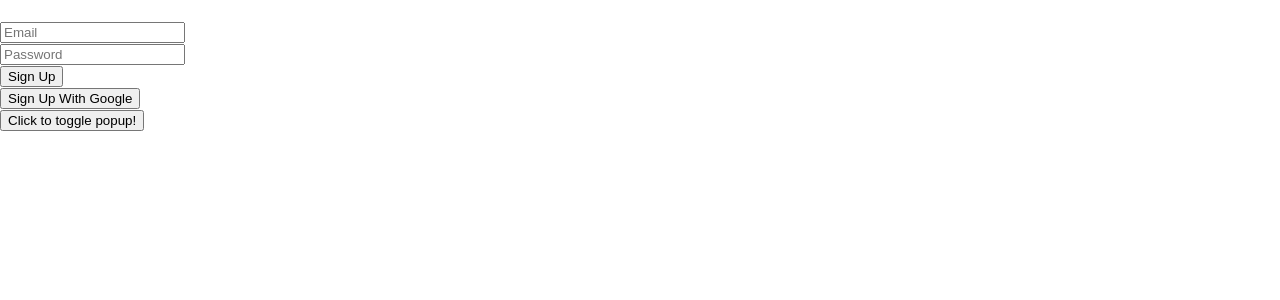
Repository: UoaWDCC/Investment-island
Page: /
An editor plug-in stored every save of this project. The page is shown before and after the next save, followed by the edit.
The browser window is 1280 px wide. The pictures show the whole page.
The project was rebuilt for these pictures with package versions that can differ from the ones it lists, and the page was loaded fresh each time. The framework's server and built-in components were replaced by stand-ins that run in the browser. Also part of the build but not shown: next.config.js, styles/Home.module.css.

Above is the page before, as saved 2022-06-24 13:51:00.

After the next save:
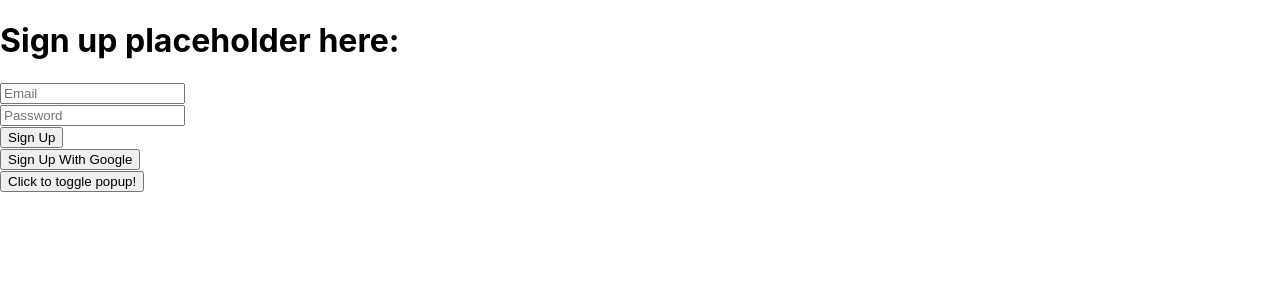
Saved 6 s later.
--- a/pages/index.tsx
+++ b/pages/index.tsx
@@ -20,7 +20,7 @@ const Home: NextPage = () => {
 
     <>
 
-<h1></h1>
+<h1>Sign up placeholder here:</h1>
         <div>
       <SignUpBox />
     </div>
